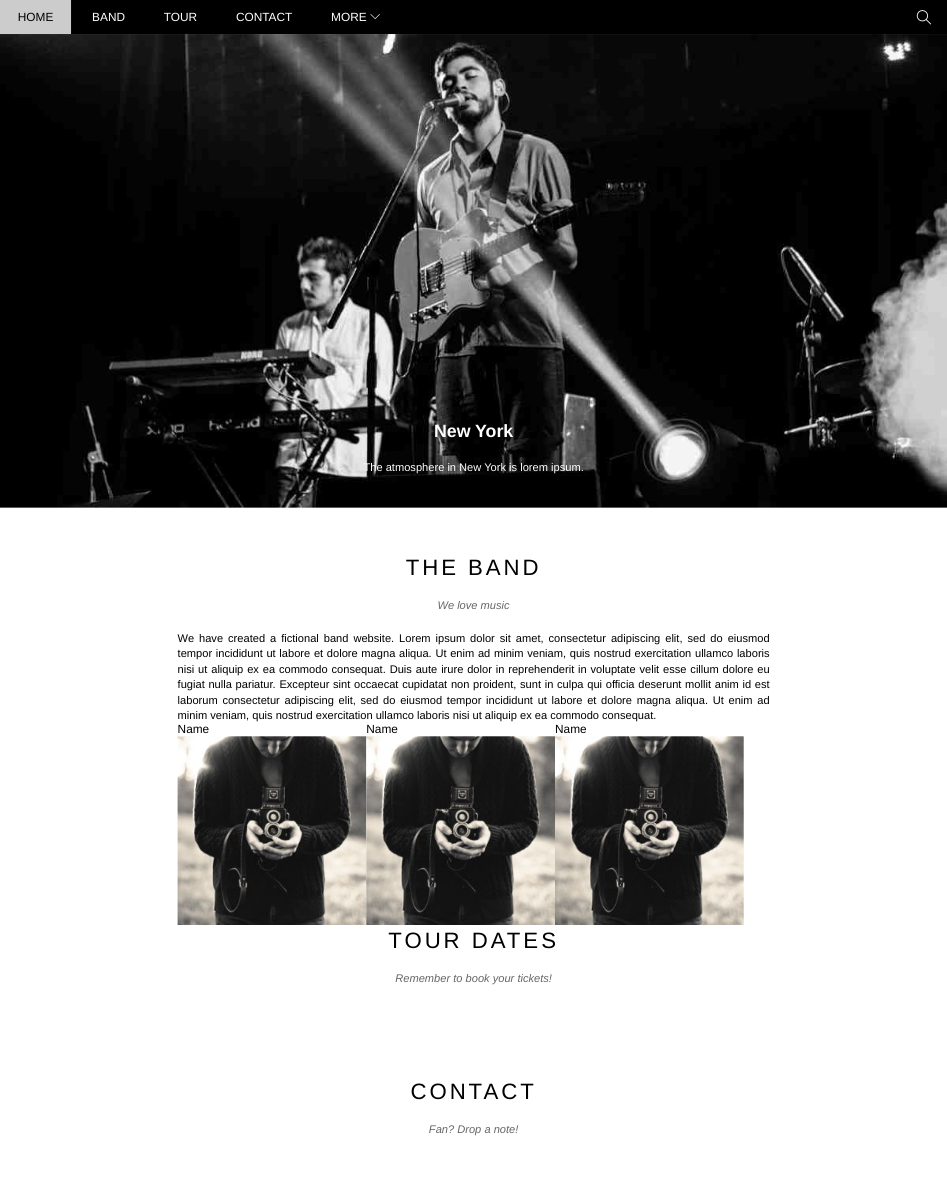
Repository: vophuocthanh/phuocthanhk03
Page: index.html
These files come from the project's save history. The page is drawn as it stood at one moment and after the next save; the edit follows.
The browser window is 1280 px wide. The pictures show the whole page, at 74% of full size.

Above is the page before, as saved 2022-03-03 23:39:21.

After the next save:
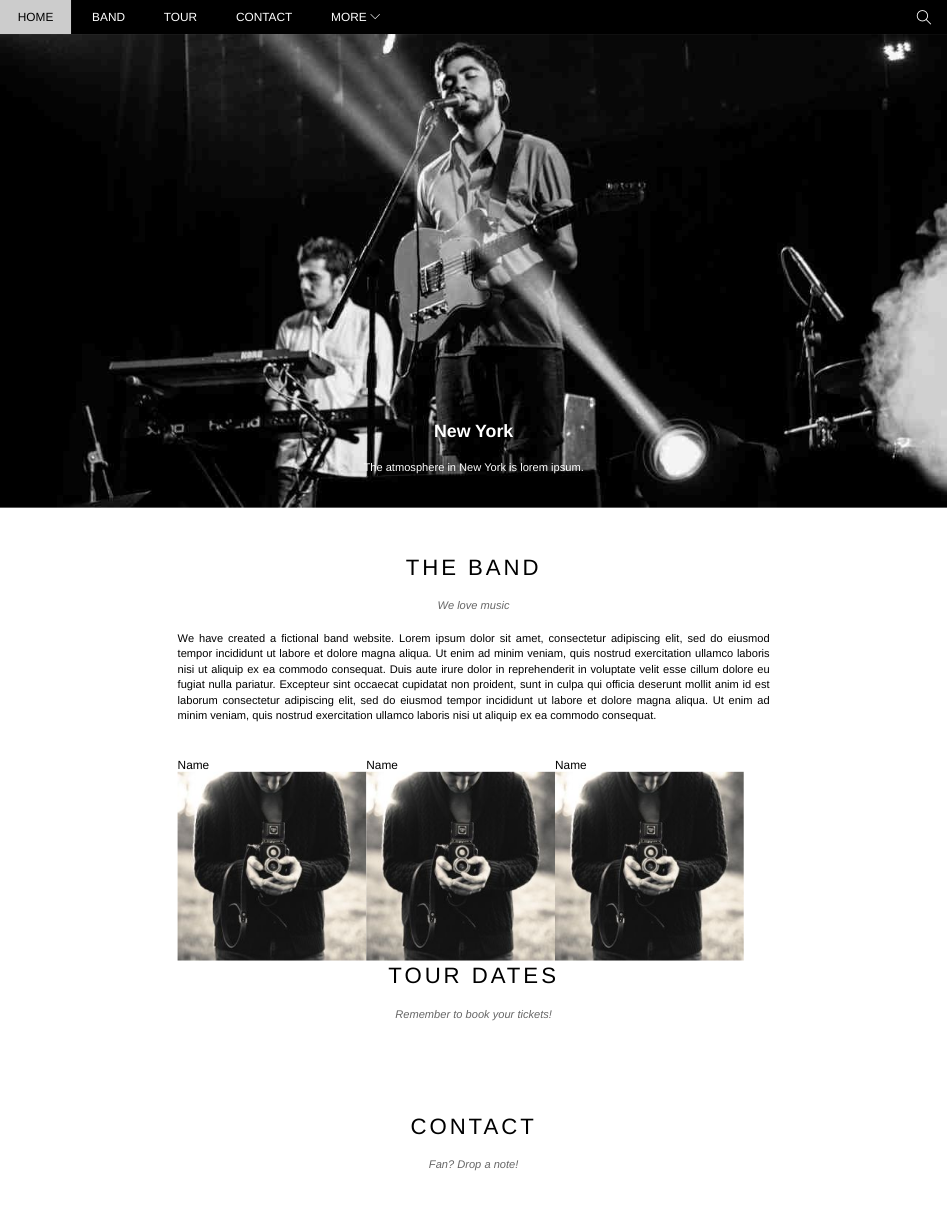
Saved 21 s later.
--- a/asset/css/style.css
+++ b/asset/css/style.css
@@ -168,7 +168,7 @@ html {
     line-height: 1.4;
 }
 
-#content.members-list {
+#content .members-list {
     margin-top: 48px;
 }
 
